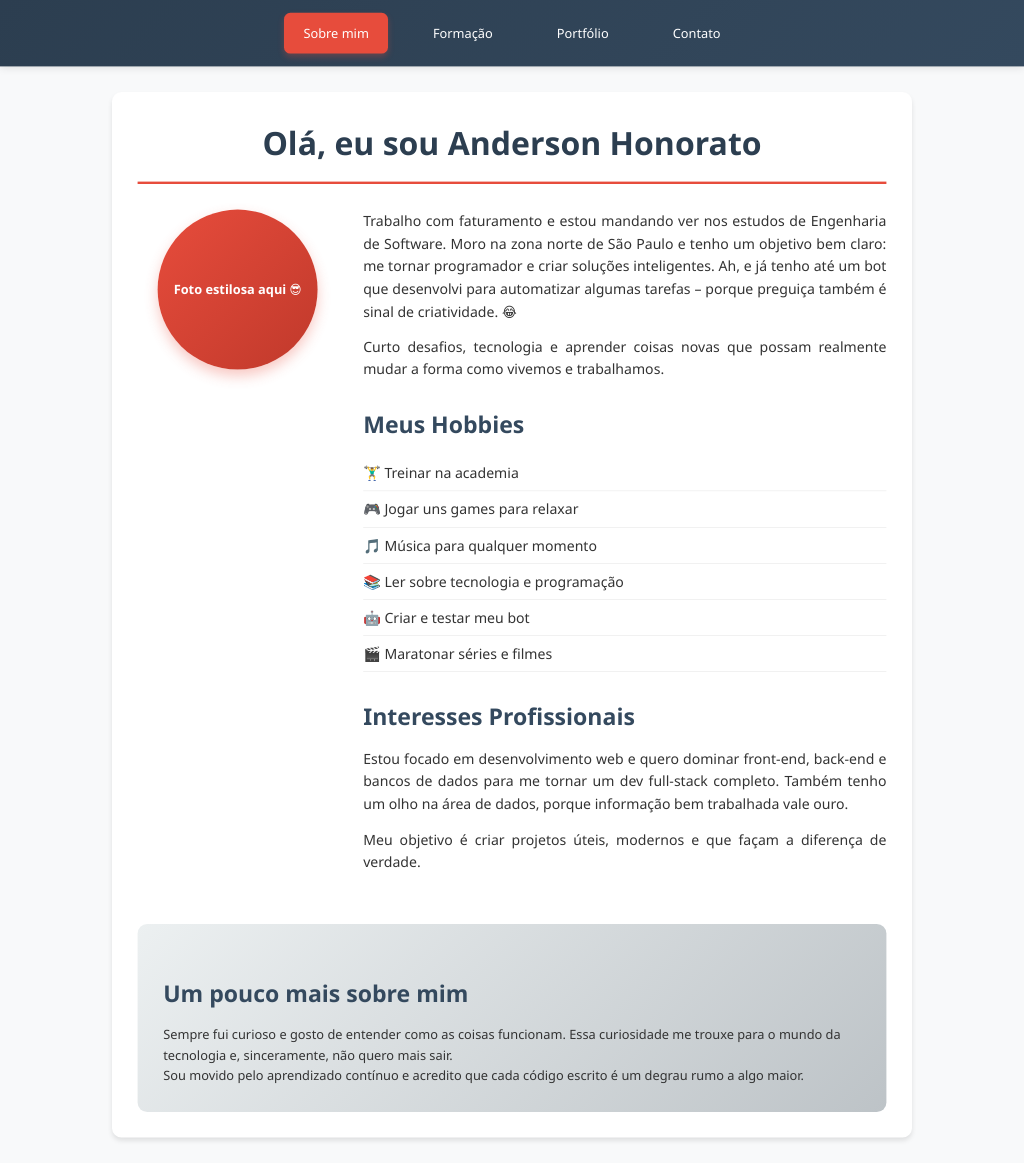
Repository: AnderHonorato/meu-portfolio
Page: index.html
An editor plug-in stored every save of this project. The page is shown before and after the next save, followed by the edit.
The browser window is 1280 px wide. The pictures show the whole page, at 80% of full size.

Above is the page before, as saved 2025-08-26 19:52:08.

After the next save:
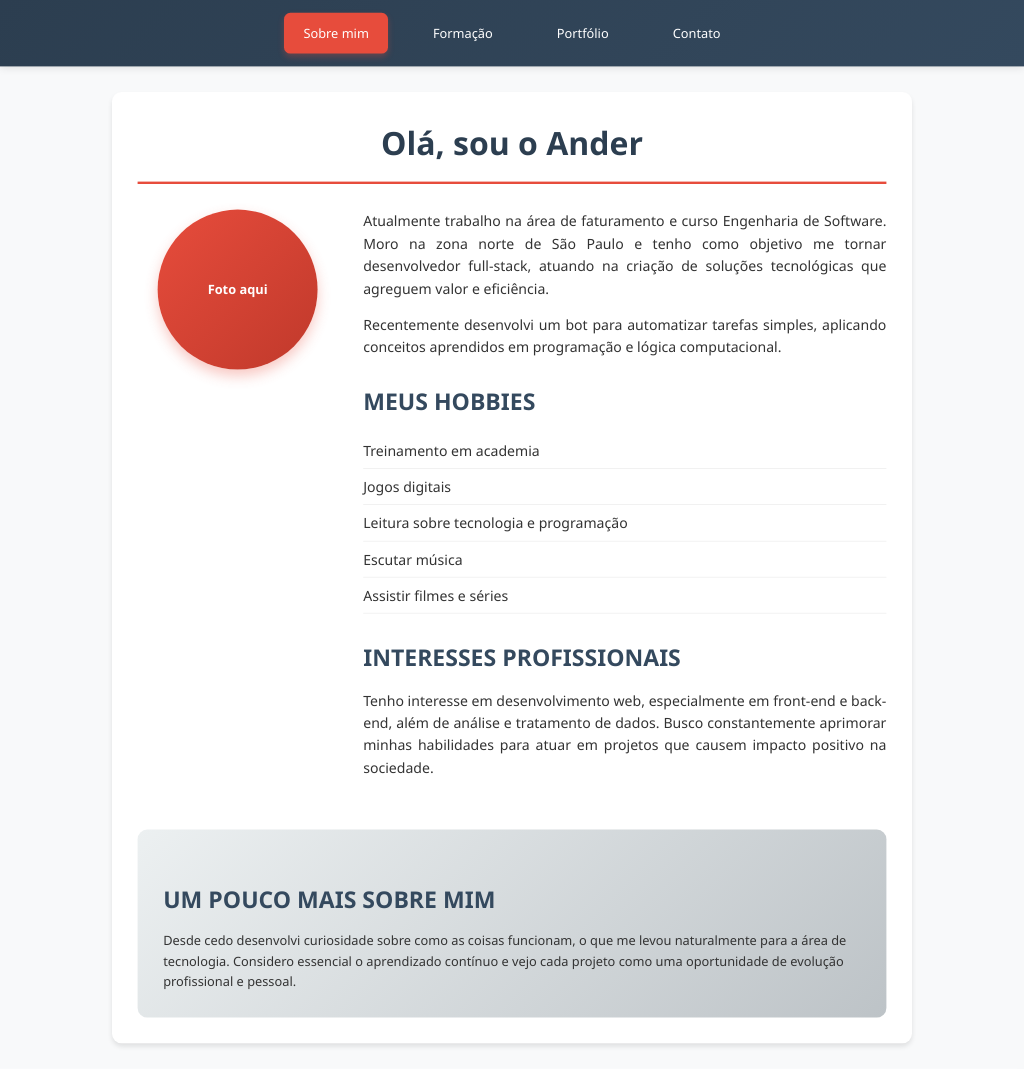
Saved 108 s later.
--- a/index.html
+++ b/index.html
@@ -7,7 +7,7 @@
     <link rel="stylesheet" href="css/style.css">
 </head>
 <body>
-    <!-- MENU -->
+    <!-- Menu de navegação principal -->
     <nav class="menu">
         <ul>
             <li><a href="index.html" class="ativo">Sobre mim</a></li>
@@ -17,47 +17,42 @@
         </ul>
     </nav>
 
-<!-- CONTEUDO PRINCIPAL -->
+<!-- CONTEÚDO PRINCIPAL DA PÁGINA -->
 <main class="conteudo">
-    <h1>Olá, eu sou Anderson Honorato</h1>
+    <h1>Olá, sou o Ander</h1>
 
     <div class="sobre-container">
         <!-- SEÇÃO DA FOTO DE PERFIL -->
         <div class="foto-perfil">
             <div class="placeholder-foto">
-                <p>Foto estilosa aqui 😎</p>
+                <p>Foto aqui</p>
             </div>
         </div>
 
         <!-- SEÇÃO DE INFORMAÇÕES PESSOAIS -->
         <div class="texto-sobre">
-            <p>Trabalho com faturamento e estou mandando ver nos estudos de Engenharia de Software. Moro na zona norte de São Paulo e tenho um objetivo bem claro: me tornar programador e criar soluções inteligentes. Ah, e já tenho até um bot que desenvolvi para automatizar algumas tarefas – porque preguiça também é sinal de criatividade. 😂</p>
+            <p>Atualmente trabalho na área de faturamento e curso Engenharia de Software. Moro na zona norte de São Paulo e tenho como objetivo me tornar desenvolvedor full-stack, atuando na criação de soluções tecnológicas que agreguem valor e eficiência.</p>
 
-            <p>Curto desafios, tecnologia e aprender coisas novas que possam realmente mudar a forma como vivemos e trabalhamos.</p>
+            <p>Recentemente desenvolvi um bot para automatizar tarefas simples, aplicando conceitos aprendidos em programação e lógica computacional.</p>
 
-            <h2>Meus Hobbies</h2>
+            <h2>MEUS HOBBIES</h2>
             <ul class="lista-hobbies">
-                <li>🏋️‍♂️ Treinar na academia</li>
-                <li>🎮 Jogar uns games para relaxar</li>
-                <li>🎵 Música para qualquer momento</li>
-                <li>📚 Ler sobre tecnologia e programação</li>
-                <li>🤖 Criar e testar meu bot</li>
-                <li>🎬 Maratonar séries e filmes</li>
+                <li>Treinamento em academia</li>
+                <li>Jogos digitais</li>
+                <li>Leitura sobre tecnologia e programação</li>
+                <li>Escutar música</li>
+                <li>Assistir filmes e séries</li>
             </ul>
 
-            <h2>Interesses Profissionais</h2>
-            <p>Estou focado em desenvolvimento web e quero dominar front-end, back-end e bancos de dados para me tornar um dev full-stack completo. Também tenho um olho na área de dados, porque informação bem trabalhada vale ouro.</p>
-
-            <p>Meu objetivo é criar projetos úteis, modernos e que façam a diferença de verdade.</p>
+            <h2>INTERESSES PROFISSIONAIS</h2>
+            <p>Tenho interesse em desenvolvimento web, especialmente em front-end e back-end, além de análise e tratamento de dados. Busco constantemente aprimorar minhas habilidades para atuar em projetos que causem impacto positivo na sociedade.</p>
         </div>
     </div>
 
     <!-- SEÇÃO ADICIONAL DE INFORMAÇÕES -->
     <div class="info-adicional">
-        <h2>Um pouco mais sobre mim</h2>
-        <p>Sempre fui curioso e gosto de entender como as coisas funcionam. Essa curiosidade me trouxe para o mundo da tecnologia e, sinceramente, não quero mais sair.</p>
-
-        <p>Sou movido pelo aprendizado contínuo e acredito que cada código escrito é um degrau rumo a algo maior.</p>
+        <h2>UM POUCO MAIS SOBRE MIM</h2>
+        <p>Desde cedo desenvolvi curiosidade sobre como as coisas funcionam, o que me levou naturalmente para a área de tecnologia. Considero essencial o aprendizado contínuo e vejo cada projeto como uma oportunidade de evolução profissional e pessoal.</p>
     </div>
 </main>
 
